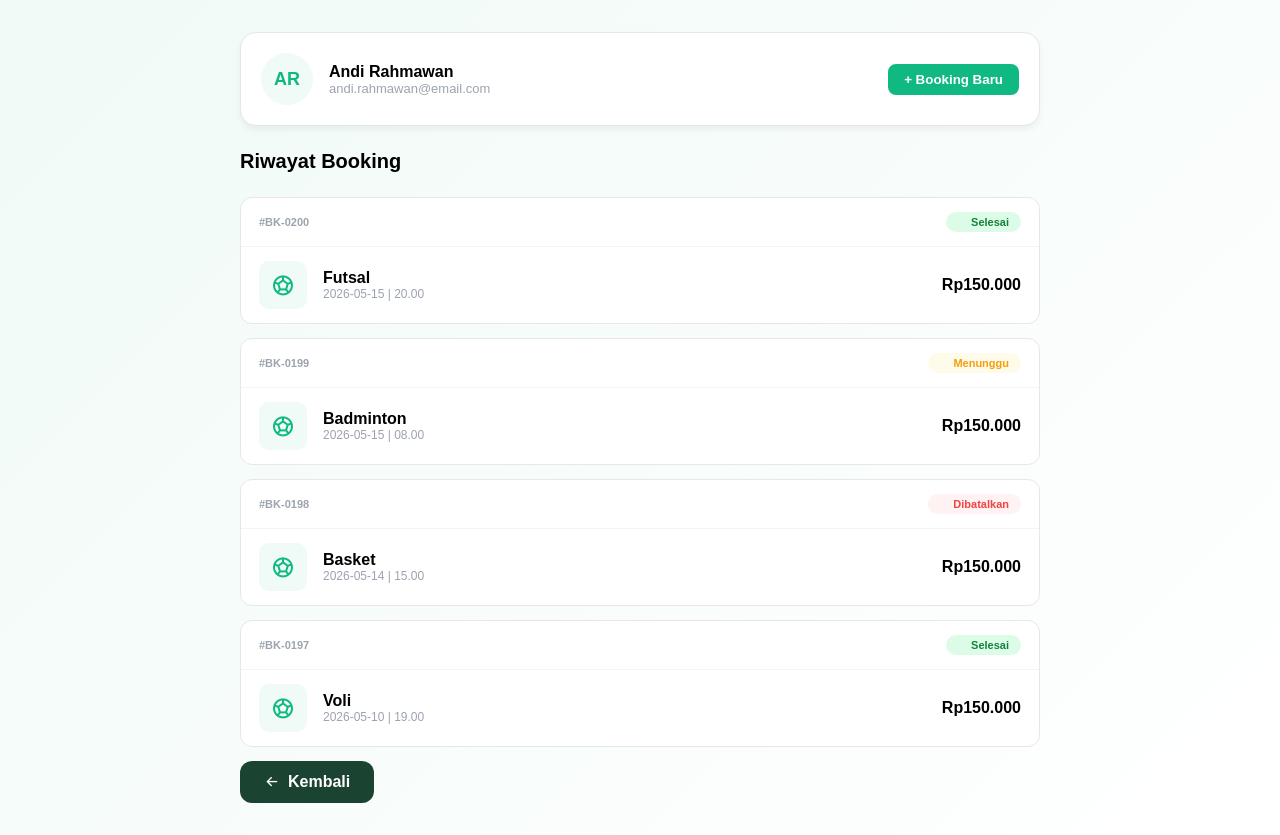
Repository: vira633/SportSpace
Page: riwayat.html
An editor plug-in stored every save of this project. The page is shown before and after the next save, followed by the edit.
The browser window is 1280 px wide. The pictures show the whole page.
Some web libraries are served in a nearby version.

Above is the page before, as saved 2026-05-15 13:17:59.

### riwayat.html
<!DOCTYPE html>
<html lang="id">
<head>
  <meta charset="UTF-8">
  <meta name="viewport" content="width=device-width, initial-scale=1.0">
  <title>Riwayat Booking — SportSpace</title>
  <link rel="stylesheet" href="https://cdn.jsdelivr.net/npm/@tabler/icons-webfont@3.31.0/dist/tabler-icons.min.css">
  <style>
    :root {
      --green: #10b981; --green-light: #f0faf6; --white: #ffffff;
      --gray-100: #f3f4f6; --gray-200: #e5e7eb; --gray-400: #9ca3af;
      --gray-900: #111827; --amber: #f59e0b; --amber-light: #fffbeb;
      --red: #ef4444; --red-light: #fef2f2;
    }
    body { background: linear-gradient(135deg, #f0faf6 0%, #ffffff 100%); min-height: 100vh; margin: 0; font-family: 'Plus Jakarta Sans', sans-serif; }
    .page-wrap { max-width: 800px; margin: 0 auto; padding: 32px 16px; }
    .profile-box { background: var(--white); border: 1px solid var(--gray-200); border-radius: 16px; padding: 20px; margin-bottom: 24px; display: flex; align-items: center; gap: 16px; box-shadow: 0 4px 6px rgba(0,0,0,0.05); }
    .avatar-lg { width: 52px; height: 52px; border-radius: 50%; background: var(--green-light); display: flex; align-items: center; justify-content: center; font-size: 18px; font-weight: 700; color: var(--green); }
    .booking-card { background: var(--white); border: 1px solid var(--gray-200); border-radius: 12px; margin-bottom: 14px; overflow: hidden; }
    .booking-header { display: flex; align-items: center; justify-content: space-between; padding: 14px 18px; border-bottom: 1px solid var(--gray-100); }
    .booking-body { padding: 14px 18px; display: flex; gap: 16px; align-items: center; }
    .booking-icon { width: 48px; height: 48px; border-radius: 10px; display: flex; align-items: center; justify-content: center; font-size: 24px; }
    .booking-info { flex: 1; }
    .badge { padding: 4px 12px; border-radius: 20px; font-size: 11px; font-weight: 700; display: flex; align-items: center; gap: 5px; }
    .badge-green { background: #dcfce7; color: #15803d; }
    .badge-amber { background: var(--amber-light); color: var(--amber); }
    .badge-red { background: var(--red-light); color: var(--red); }
    .btn-back { display: inline-flex; align-items: center; gap: 8px; background: #1b4332; color: white; padding: 12px 24px; border-radius: 12px; text-decoration: none; font-weight: 700; }
  </style>
</head>
<body>

<div class="page-wrap">
  <div class="profile-box">
    <div class="avatar-lg">AR</div>
    <div style="flex: 1; text-align: left;">
      <p style="font-weight:700; margin:0;">Andi Rahmawan</p>
      <p style="font-size:13px; color:var(--gray-400); margin:0;">andi.rahmawan@email.com</p>
    </div>
    <a href="index.html" style="text-decoration:none;"><button style="background:var(--green); color:white; border:none; padding:8px 16px; border-radius:8px; font-weight:600; cursor:pointer;">+ Booking Baru</button></a>
  </div>

  <h1 style="font-size:20px; margin-bottom:24px; text-align: left;">Riwayat Booking</h1>
  <div id="booking-list"></div>
  <a href="index.html" class="btn-back"><i class="ti ti-arrow-left"></i> Kembali</a>
</div>

<script>
  function muatRiwayat() {
    const list = document.getElementById('booking-list');
    const dataUser = JSON.parse(localStorage.getItem('riwayatSport')) || [];

    const dataSimulasi = [
      { tgl: "2026-05-15", sport: "Futsal", jam: "20.00", status: "Selesai", badge: "badge-green", icon: "ti-circle-check" },
      { tgl: "2026-05-15", sport: "Badminton", jam: "08.00", status: "Menunggu", badge: "badge-amber", icon: "ti-clock-hour-4" },
      { tgl: "2026-05-14", sport: "Basket", jam: "15.00", status: "Dibatalkan", badge: "badge-red", icon: "ti-x" },
      { tgl: "2026-05-10", sport: "Voli", jam: "19.00", status: "Selesai", badge: "badge-green", icon: "ti-circle-check" }
    ];

    const formattedUser = dataUser.map(item => ({
      tgl: item.tgl, sport: item.sport, jam: item.jam, status: "Menunggu", badge: "badge-amber", icon: "ti-clock-hour-4"
    }));

    const totalData = [...formattedUser, ...dataSimulasi].sort((a, b) => new Date(b.tgl) - new Date(a.tgl));

    list.innerHTML = totalData.map((item, index) => `
      <div class="booking-card">
        <div class="booking-header">
          <span style="font-size:11px; color:var(--gray-400); font-weight:600;">#BK-0${200 - index}</span>
          <span class="badge ${item.badge}"><i class="${item.icon}"></i> ${item.status}</span>
        </div>
        <div class="booking-body">
          <div class="booking-icon" style="background:var(--green-light); color:var(--green);"><i class="ti ti-ball-football"></i></div>
          <div class="booking-info" style="text-align:left;">
            <div style="font-weight:700;">${item.sport}</div>
            <div style="font-size:12px; color:var(--gray-400);">${item.tgl} | ${item.jam}</div>
          </div>
          <div style="font-weight:700;">Rp150.000</div>
        </div>
      </div>
    `).join('');
  }
  window.onload = muatRiwayat;
</script>
</body>
</html>

After the next save:
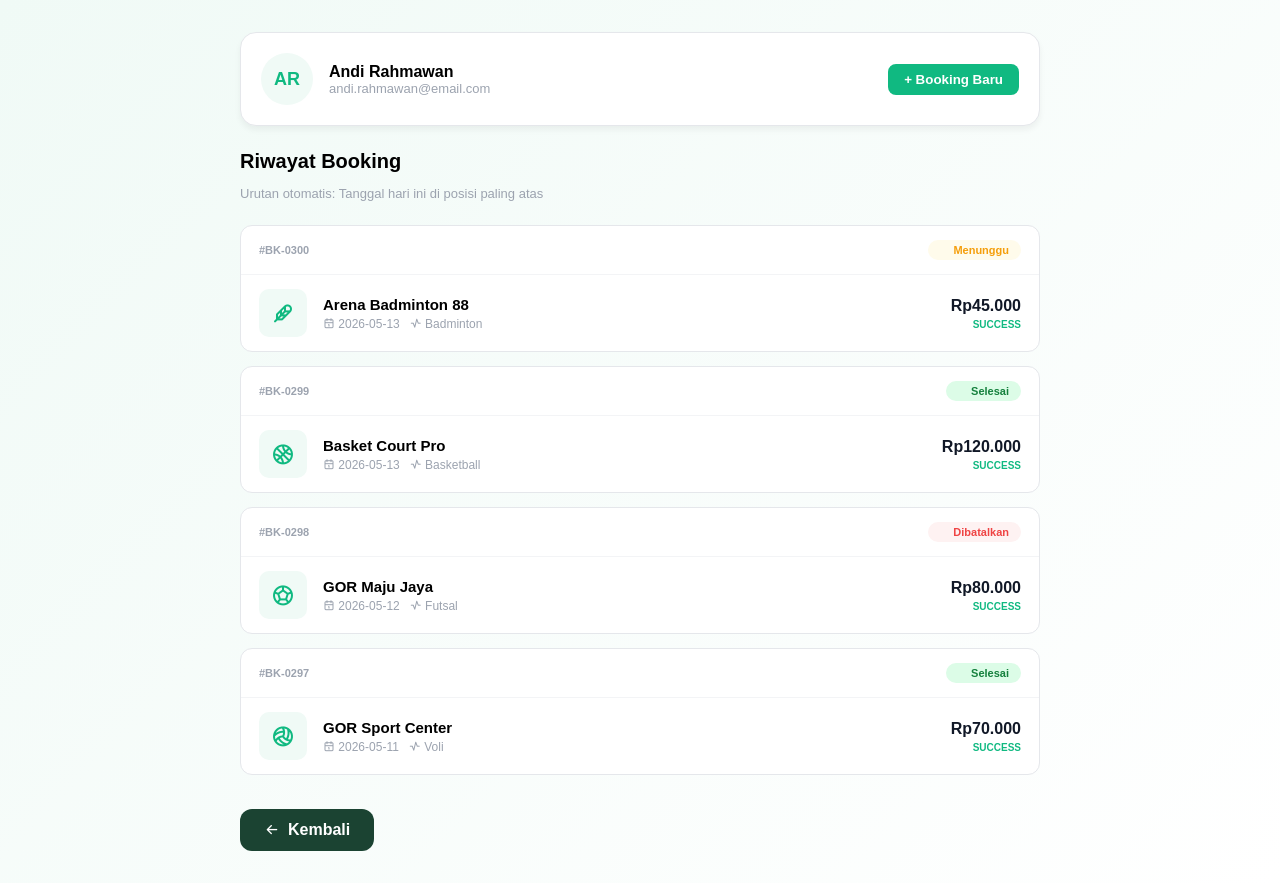
Saved 5 min 58 s later.
--- a/riwayat.html
+++ b/riwayat.html
@@ -16,16 +16,17 @@
     .page-wrap { max-width: 800px; margin: 0 auto; padding: 32px 16px; }
     .profile-box { background: var(--white); border: 1px solid var(--gray-200); border-radius: 16px; padding: 20px; margin-bottom: 24px; display: flex; align-items: center; gap: 16px; box-shadow: 0 4px 6px rgba(0,0,0,0.05); }
     .avatar-lg { width: 52px; height: 52px; border-radius: 50%; background: var(--green-light); display: flex; align-items: center; justify-content: center; font-size: 18px; font-weight: 700; color: var(--green); }
-    .booking-card { background: var(--white); border: 1px solid var(--gray-200); border-radius: 12px; margin-bottom: 14px; overflow: hidden; }
+    .booking-card { background: var(--white); border: 1px solid var(--gray-200); border-radius: 12px; margin-bottom: 14px; overflow: hidden; transition: 0.2s; }
+    .booking-card:hover { box-shadow: 0 10px 15px -3px rgba(0,0,0,0.1); }
     .booking-header { display: flex; align-items: center; justify-content: space-between; padding: 14px 18px; border-bottom: 1px solid var(--gray-100); }
     .booking-body { padding: 14px 18px; display: flex; gap: 16px; align-items: center; }
     .booking-icon { width: 48px; height: 48px; border-radius: 10px; display: flex; align-items: center; justify-content: center; font-size: 24px; }
-    .booking-info { flex: 1; }
+    .booking-info { flex: 1; text-align: left; }
     .badge { padding: 4px 12px; border-radius: 20px; font-size: 11px; font-weight: 700; display: flex; align-items: center; gap: 5px; }
     .badge-green { background: #dcfce7; color: #15803d; }
     .badge-amber { background: var(--amber-light); color: var(--amber); }
     .badge-red { background: var(--red-light); color: var(--red); }
-    .btn-back { display: inline-flex; align-items: center; gap: 8px; background: #1b4332; color: white; padding: 12px 24px; border-radius: 12px; text-decoration: none; font-weight: 700; }
+    .btn-back { display: inline-flex; align-items: center; gap: 8px; background: #1b4332; color: white; padding: 12px 24px; border-radius: 12px; text-decoration: none; font-weight: 700; margin-top: 20px; }
   </style>
 </head>
 <body>
@@ -40,8 +41,11 @@
     <a href="index.html" style="text-decoration:none;"><button style="background:var(--green); color:white; border:none; padding:8px 16px; border-radius:8px; font-weight:600; cursor:pointer;">+ Booking Baru</button></a>
   </div>
 
-  <h1 style="font-size:20px; margin-bottom:24px; text-align: left;">Riwayat Booking</h1>
+  <h1 style="font-size:20px; margin-bottom:4px; text-align: left;">Riwayat Booking</h1>
+  <p style="font-size:13px; color:var(--gray-400); text-align: left; margin-bottom:24px;">Urutan otomatis: Tanggal hari ini di posisi paling atas</p>
+
   <div id="booking-list"></div>
+
   <a href="index.html" class="btn-back"><i class="ti ti-arrow-left"></i> Kembali</a>
 </div>
 
@@ -50,36 +54,95 @@
     const list = document.getElementById('booking-list');
     const dataUser = JSON.parse(localStorage.getItem('riwayatSport')) || [];
 
+    // Mendapatkan tanggal hari ini (format YYYY-MM-DD)
+    const today = new Date().toISOString().split('T')[0];
+    const yesterday = new Date(Date.now() - 864e5).toISOString().split('T')[0];
+    const twoDaysAgo = new Date(Date.now() - 1728e5).toISOString().split('T')[0];
+
+    // DATA SIMULASI SESUAI REQUEST
     const dataSimulasi = [
-      { tgl: "2026-05-15", sport: "Futsal", jam: "20.00", status: "Selesai", badge: "badge-green", icon: "ti-circle-check" },
-      { tgl: "2026-05-15", sport: "Badminton", jam: "08.00", status: "Menunggu", badge: "badge-amber", icon: "ti-clock-hour-4" },
-      { tgl: "2026-05-14", sport: "Basket", jam: "15.00", status: "Dibatalkan", badge: "badge-red", icon: "ti-x" },
-      { tgl: "2026-05-10", sport: "Voli", jam: "19.00", status: "Selesai", badge: "badge-green", icon: "ti-circle-check" }
+      {
+        tgl: today,
+        tempat: "Arena Badminton 88",
+        sport: "Badminton",
+        harga: "Rp45.000",
+        status: "Menunggu",
+        badge: "badge-amber",
+        iconSport: "ti-feather",
+        iconStatus: "ti-clock-hour-4"
+      },
+      {
+        tgl: today,
+        tempat: "Basket Court Pro",
+        sport: "Basketball",
+        harga: "Rp120.000",
+        status: "Selesai",
+        badge: "badge-green",
+        iconSport: "ti-ball-basketball",
+        iconStatus: "ti-circle-check"
+      },
+      {
+        tgl: yesterday,
+        tempat: "GOR Maju Jaya",
+        sport: "Futsal",
+        harga: "Rp80.000",
+        status: "Dibatalkan",
+        badge: "badge-red",
+        iconSport: "ti-ball-football",
+        iconStatus: "ti-x"
+      },
+      {
+        tgl: twoDaysAgo,
+        tempat: "GOR Sport Center",
+        sport: "Voli",
+        harga: "Rp70.000",
+        status: "Selesai",
+        badge: "badge-green",
+        iconSport: "ti-ball-volleyball",
+        iconStatus: "ti-circle-check"
+      }
     ];
 
+    // Mapping Data User Baru
     const formattedUser = dataUser.map(item => ({
-      tgl: item.tgl, sport: item.sport, jam: item.jam, status: "Menunggu", badge: "badge-amber", icon: "ti-clock-hour-4"
+      tgl: item.tgl,
+      tempat: "Booking Baru",
+      sport: item.sport,
+      harga: "Rp85.000",
+      status: "Menunggu",
+      badge: "badge-amber",
+      iconSport: item.sport.includes("Badminton") ? "ti-feather" : "ti-ball-football",
+      iconStatus: "ti-clock-hour-4"
     }));
 
+    // Gabung dan Sort Tanggal (Descending: Terbaru -> Terlama)
     const totalData = [...formattedUser, ...dataSimulasi].sort((a, b) => new Date(b.tgl) - new Date(a.tgl));
 
     list.innerHTML = totalData.map((item, index) => `
       <div class="booking-card">
         <div class="booking-header">
-          <span style="font-size:11px; color:var(--gray-400); font-weight:600;">#BK-0${200 - index}</span>
-          <span class="badge ${item.badge}"><i class="${item.icon}"></i> ${item.status}</span>
+          <span style="font-size:11px; color:var(--gray-400); font-weight:600;">#BK-0${300 - index}</span>
+          <span class="badge ${item.badge}"><i class="${item.iconStatus}"></i> ${item.status}</span>
         </div>
         <div class="booking-body">
-          <div class="booking-icon" style="background:var(--green-light); color:var(--green);"><i class="ti ti-ball-football"></i></div>
-          <div class="booking-info" style="text-align:left;">
-            <div style="font-weight:700;">${item.sport}</div>
-            <div style="font-size:12px; color:var(--gray-400);">${item.tgl} | ${item.jam}</div>
+          <div class="booking-icon" style="background:var(--green-light); color:var(--green);">
+            <i class="ti ${item.iconSport}"></i>
           </div>
-          <div style="font-weight:700;">Rp150.000</div>
+          <div class="booking-info">
+            <div class="booking-name" style="font-size:15px; font-weight:700;">${item.tempat}</div>
+            <div style="font-size:12px; color:var(--gray-400); margin-top:4px;">
+              <i class="ti ti-calendar"></i> ${item.tgl} &nbsp; <i class="ti ti-activity"></i> ${item.sport}
+            </div>
+          </div>
+          <div style="text-align:right;">
+            <div style="font-size:16px; font-weight:700; color:var(--gray-900);">${item.harga}</div>
+            <div style="font-size:10px; color:var(--green); font-weight:800; margin-top:4px;">SUCCESS</div>
+          </div>
         </div>
       </div>
     `).join('');
   }
+
   window.onload = muatRiwayat;
 </script>
 </body>
